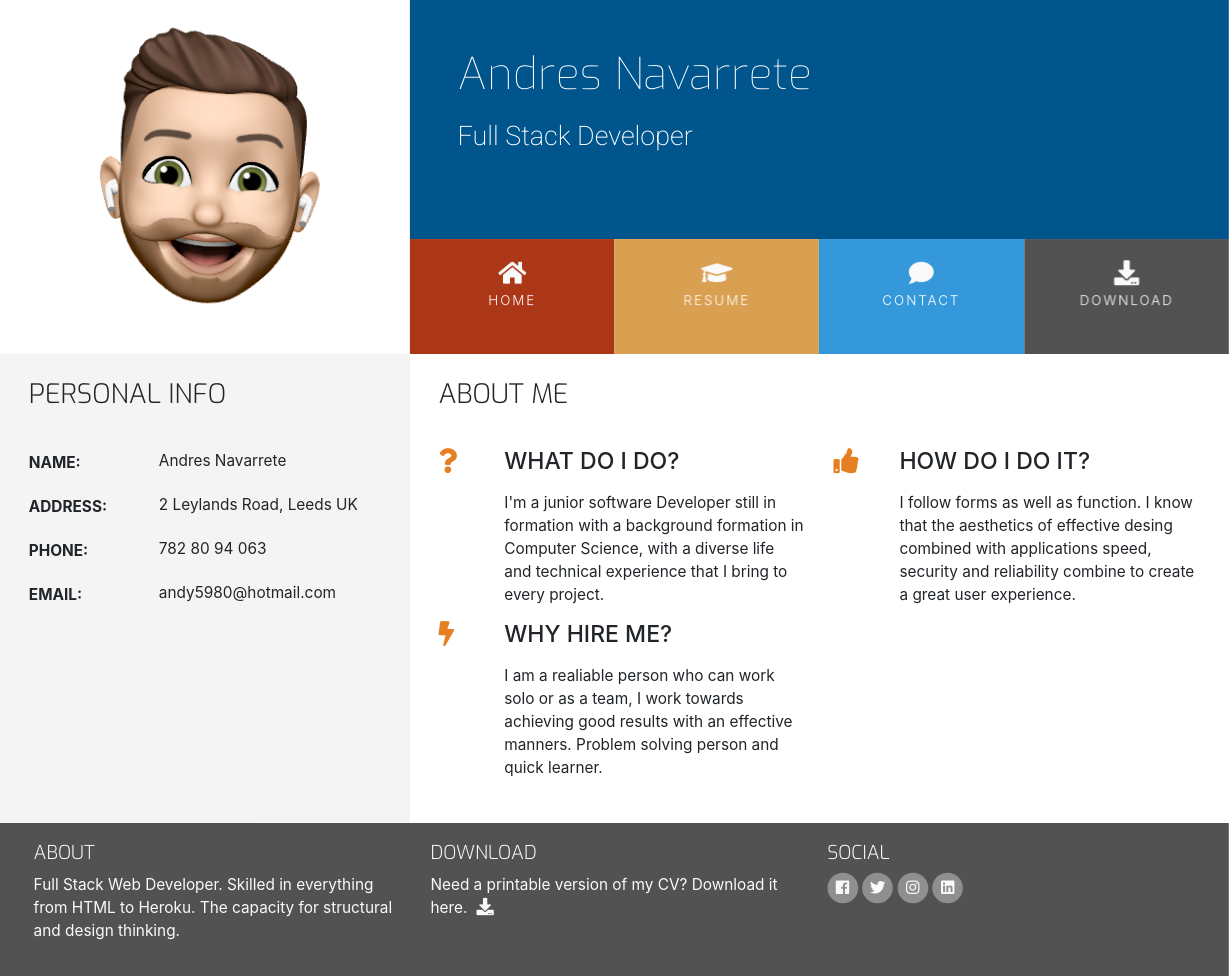
Repository: andna5980/cloud9-workspace
Page: index.html
An editor plug-in stored every save of this project. The page is shown before and after the next save, followed by the edit.
The browser window is 1280 px wide. The pictures show the whole page, at 96% of full size.
Some web libraries are served in a nearby version.

Above is the page before, as saved 2022-04-24 09:40:37.

After the next save:
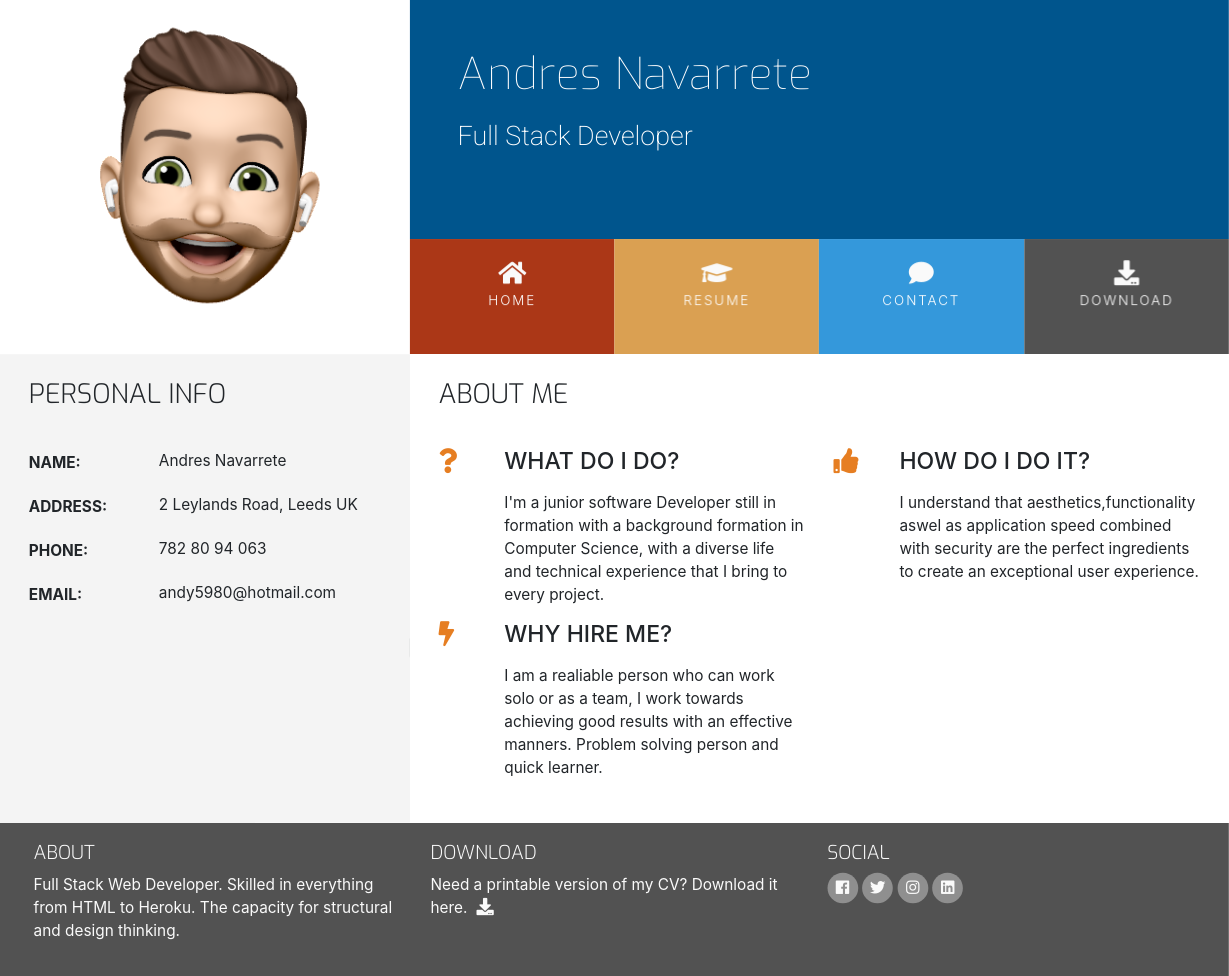
Saved 7 min 2 s later.
--- a/index.html
+++ b/index.html
@@ -144,9 +144,8 @@
                             <div class="col-10">
                                 <h4 class="three-reasons-heading uppercase">How do i do it?</h4>
                                 <p>
-                                    I follow forms as well as function. I know that the aesthetics of effective
-                                    desing combined with applications speed, security and reliability combine to
-                                    create a great user experience.
+                                    I understand that aesthetics,functionality aswel as application speed combined with security
+                                    are the perfect ingredients to create an exceptional user experience.
                                 </p>
                             </div>
                         </div>
